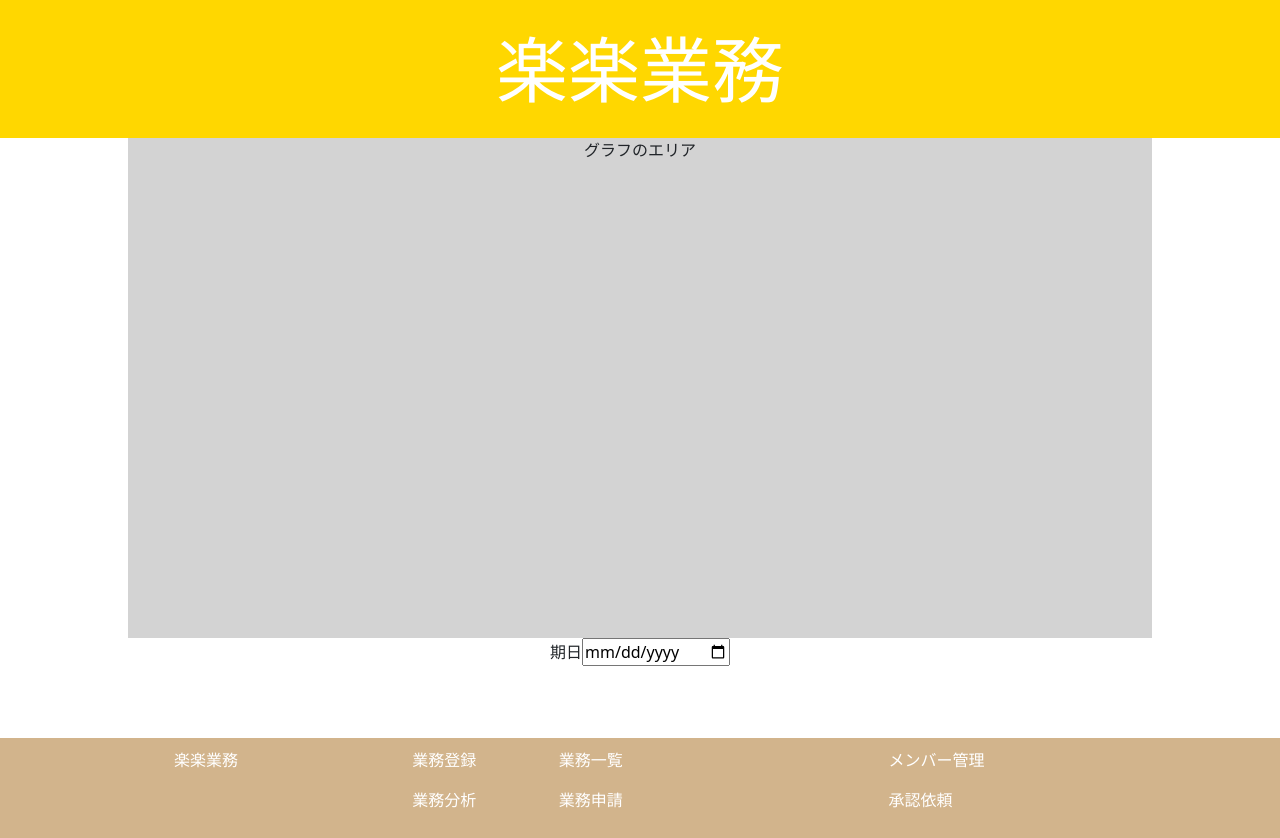
Repository: Reiya-1003/VueReplaceTask
Page: /#/graph
These files come from the project's save history. The page is drawn as it stood at one moment and after the next save; the edit follows.
The browser window is 1280 px wide. The pictures show the whole page.
The project was rebuilt for these pictures with package versions that can differ from the ones it lists, and the page was loaded fresh each time. Also part of the build but not shown: vue.config.js, src/components/pages/PageHome.vue, src/components/pages/PageRegister.vue, src/components/pages/PageEdit.vue.

Above is the page before, as saved 2022-06-17 09:32:45.

After the next save:
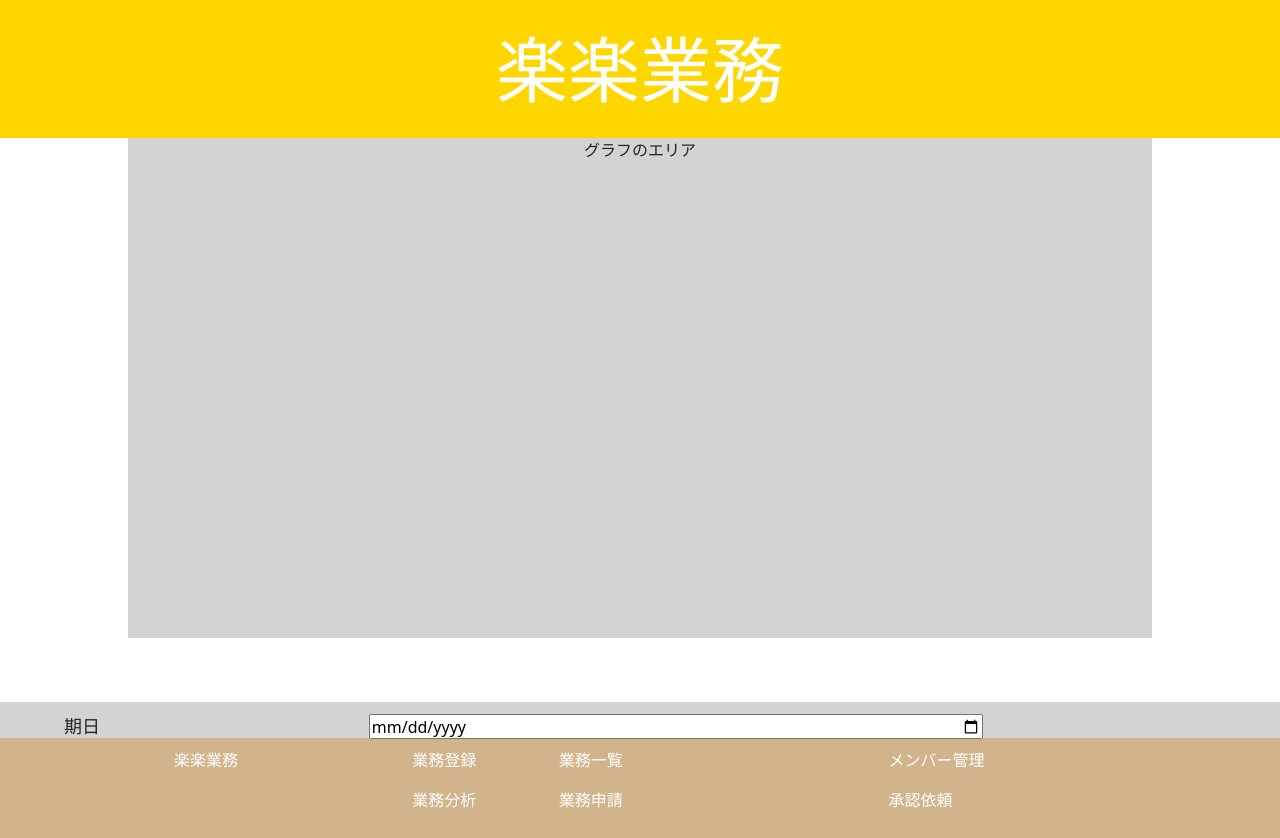
Saved 36 s later.
--- a/src/components/pages/PageGraph.vue
+++ b/src/components/pages/PageGraph.vue
@@ -33,12 +33,6 @@ div{
 
 }
 
-.listbox {
-  margin: 3px auto;
-  height: 400px;
-  width: 60%;
-  display: flex;
-  flex-direction: column;
 
   .listitem {
     height: 50px;
@@ -63,7 +57,7 @@ div{
 }
   }
 }
-}
+
 
 
 </style>
